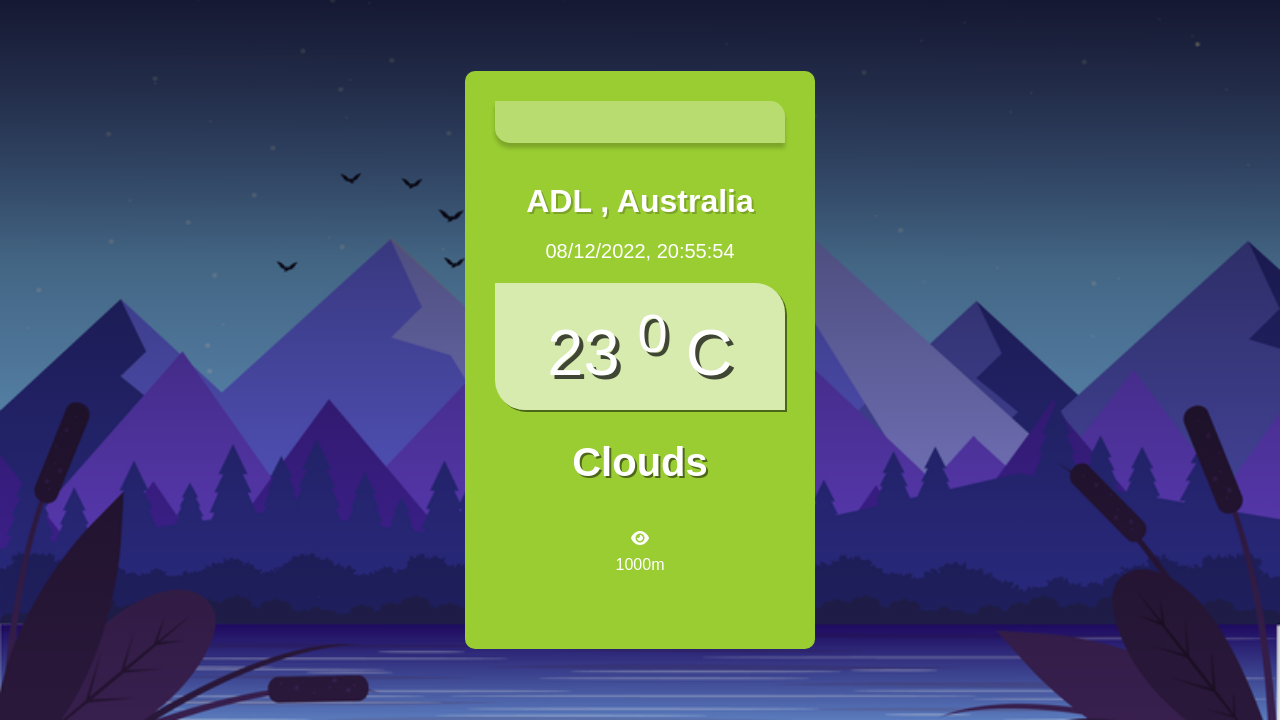
Repository: andrewhuynh561/weather-app-1
Page: index.html
The author's editor kept a copy of each file at every save. The page is drawn from the files as they stood at one save, then again after the next save.
The browser window is 1280 px wide. The pictures show the whole page.

Above is the page before, as saved 2022-12-08 21:21:33.

### index.html
<!DOCTYPE html>
<html lang="en">
<head>
    <meta charset="UTF-8">
    <meta http-equiv="X-UA-Compatible" content="IE=edge">
    <meta name="viewport" content="width=device-width, initial-scale=1.0">
    <title>Weather app</title>
    <link
     rel="stylesheet"
     href="https://cdnjs.cloudflare.com/ajax/libs/font-awesome/6.0.0-beta2/css/all.min.css"
     integrity="sha512-YWzhKL2whUzgiheMoBFwW8CKV4qpHQAEuvilg9FAn5VJUDwKZZxkJNuGM4XkWuk94WCrrwslk8yWNGmY1EduTA=="
     crossorigin="anonymous"
     referrerpolicy="no-referrer">
    <link rel="stylesheet" href="style.css">
</head>
<body>
    <div id="weather">
        <input type="text" class="search">
        <div class="content">
            <h1 class="capital">
                <span class="city">ADL</span>
                <span>,</span>
                <span class="country">Australia</span>
            </h1>

            <div class="time">08/12/2022, 20:55:54</div>

            <div class="temperature">
                <span class="value">23 <sup>0</sup> C</span>
            </div>

            <div class="short-desc">Clouds</div>

            <div class="more-desc">
                <div class="visibility">
                    <i class="fa-solid fa-eye"></i>
                    <span>1000m</span>
                </div>
            </div>
        </div>
    </div>

</body>
</html>

### style.css
*{
    margin: 0;
    padding: 0;
    box-sizing: border-box;
}
body{
    font-family: sans-serif;
    height: 100vh;
    display: flex;
    justify-content: center;
    align-items: center;
    background: linear-gradient(to bottom, rgba(0,0,0,0.7),rgba(0,0,0,0.1)),url(./image/222.png)  no-repeat center/cover;
}

#weather{
    width: 350px;
    border-radius:10px ;
    padding: 30px 30px;
    background: yellowgreen;
}

.search{
    width: 100%;
    padding: 10px 20px;
    border: none;
    outline: none;
    background: rgba(255,255,255,0.3);
    border-radius: 0 15px 0 15px;
    box-shadow:0 5px 4px rgba(0,0,0,0.2);
    transition:0.4s ;
    font-size: 19px;
}
.search:focus{
    background: rgba(255,255,255,0.7);
    border-radius: 15px 0 15px 0;
}
.content{
    text-align: center;
    color: white;
    margin: 40px 0;
}
.capital{
    text-shadow: 2px 2px rgba(0,0,0,0.2);
}
.time{
    margin: 20px 0;
    font-size: 15pt;
}
.temperature{
    font-size: 65px;
    text-shadow: 4px 4px rgba(0,0,0,0.7);
    background: rgba(255,255,255,0.6);
    box-shadow: 2px 2px rgba(0,0,0,0.5);
    border: none;
    border-radius: 0 30px;
    padding: 20px;
}
.short-desc{
    font-size: 40px;
    font-weight: bold;
    text-shadow: 2px 2px rgba(0,0,0,0.5);
    margin: 30px;

}
.more-desc div{
    display: flex;
    flex-direction: column;
    padding: 5px;

}
.more-desc div i{
    margin: 10px 0;
}

After the next save:
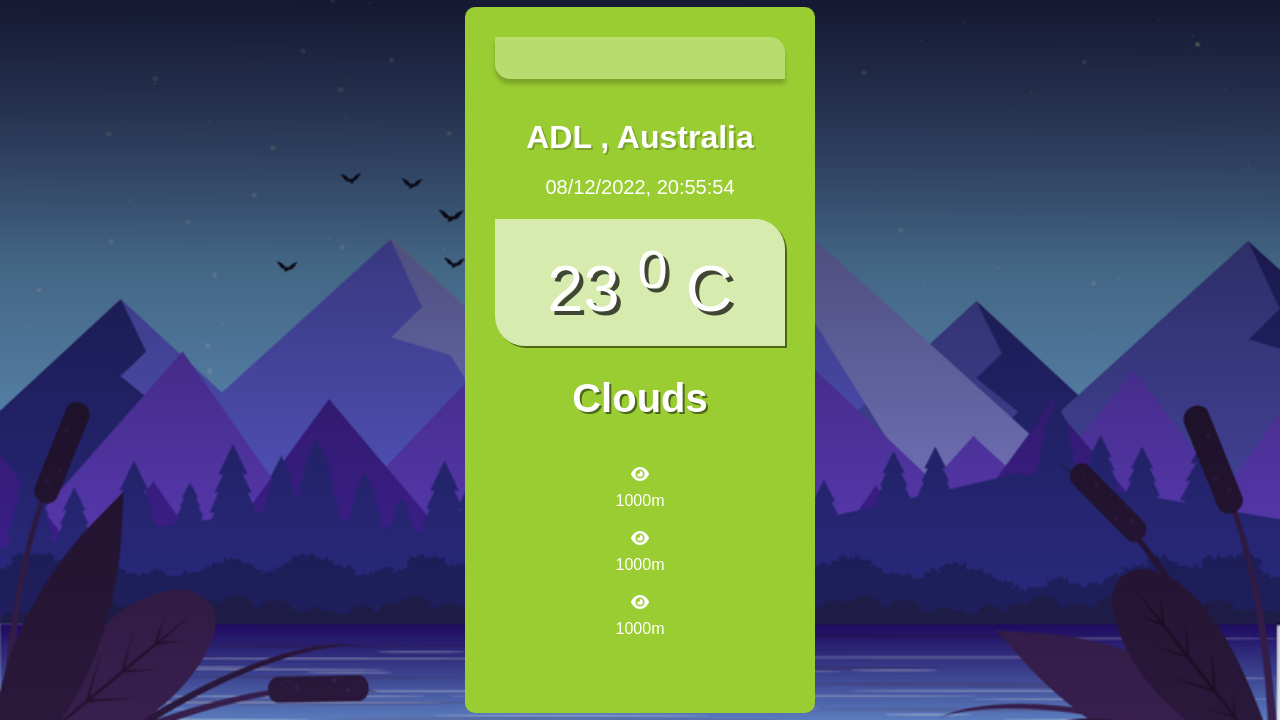
Saved 32 s later.
--- a/index.html
+++ b/index.html
@@ -36,6 +36,14 @@
                     <i class="fa-solid fa-eye"></i>
                     <span>1000m</span>
                 </div>
+                <div class="visibility">
+                    <i class="fa-solid fa-eye"></i>
+                    <span>1000m</span>
+                </div>
+                <div class="visibility">
+                    <i class="fa-solid fa-eye"></i>
+                    <span>1000m</span>
+                </div>
             </div>
         </div>
     </div>
